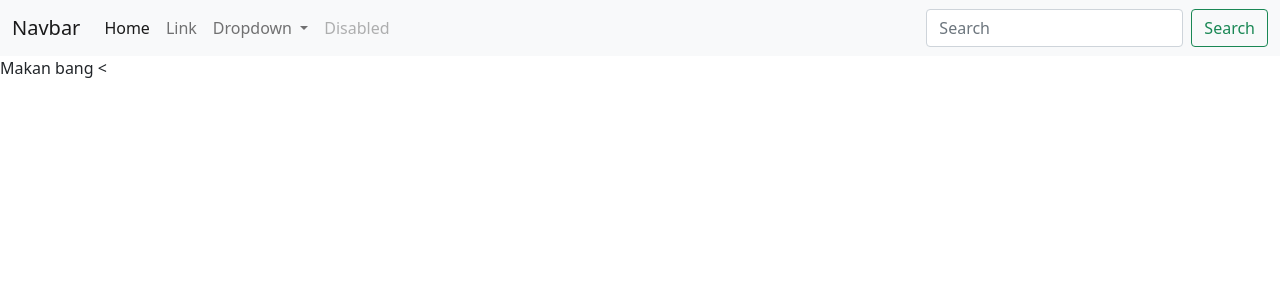
Repository: humanrizki/app-perpus-laravel-8
Page: http://localhost/home
These files come from the project's save history. The page is drawn as it stood at one moment and after the next save; the edit follows.
The browser window is 1280 px wide. The pictures show the whole page.
Some web libraries are served in a nearby version. The page is served by the project's Laravel application, run on PHP 8.4 with Laravel 8. Other server files are loaded and not shown.

Above is the page before, as saved 2021-11-25 11:31:00.

### routes/web.php
<?php

use App\Http\Controllers\CollectionController;
use Illuminate\Support\Facades\Route;

/*
|--------------------------------------------------------------------------
| Web Routes
|--------------------------------------------------------------------------
|
| Here is where you can register web routes for your application. These
| routes are loaded by the RouteServiceProvider within a group which
| contains the "web" middleware group. Now create something great!
|
*/

Route::get('/', function () {
    return view('welcome');
});

Auth::routes();

Route::get('/home', [App\Http\Controllers\HomeController::class, 'index'])->name('home');
Route::get('/collections',[CollectionController::class,'index'])->name('collections');
Route::get('/collections/{collection:slug}',[CollectionController::class,'show']);

### app/Http/Controllers/HomeController.php
<?php

namespace App\Http\Controllers;

use Illuminate\Http\Request;

class HomeController extends Controller
{
    /**
     * Create a new controller instance.
     *
     * @return void
     */
    public function __construct()
    {
        $this->middleware('guest');
    }

    /**
     * Show the application dashboard.
     *
     * @return \Illuminate\Contracts\Support\Renderable
     */
    public function index()
    {
        return view('HomeTemplate',[
            'title'=>'home page'
        ]);
    }
}

### resources/views/homeTemplate.blade.php
@extends('layouts.capp')
@section('content')
    Makan bang
@endsection

### resources/views/layouts/capp.blade.php
<!doctype html>
<html lang="en">
  <head>
    <meta charset="utf-8" />
    <link rel="apple-touch-icon" sizes="76x76" href="../assets/img/apple-icon.png">
    <link rel="icon" type="image/png" href="../assets/img/favicon.png">
    <meta http-equiv="X-UA-Compatible" content="IE=edge,chrome=1" />
    <title>{{ $title }}</title>
    <meta content='width=device-width, initial-scale=1.0, maximum-scale=1.0, user-scalable=0, shrink-to-fit=no' name='viewport' />

    <!--     Fonts and icons     -->
    <link href="https://fonts.googleapis.com/css?family=Montserrat:400,700,200" rel="stylesheet" />
    <link href="https://use.fontawesome.com/releases/v5.0.6/css/all.css" rel="stylesheet">

    <link href="https://cdn.jsdelivr.net/npm/bootstrap@5.0.2/dist/css/bootstrap.min.css" rel="stylesheet" integrity="sha384-EVSTQN3/azprG1Anm3QDgpJLIm9Nao0Yz1ztcQTwFspd3yD65VohhpuuCOmLASjC" crossorigin="anonymous">
  </head>
  <body>
    @include('partials.header')
    @yield('content')

    <!--   Core JS Files   -->
    <<script src="https://cdn.jsdelivr.net/npm/bootstrap@5.0.2/dist/js/bootstrap.bundle.min.js" integrity="sha384-MrcW6ZMFYlzcLA8Nl+NtUVF0sA7MsXsP1UyJoMp4YLEuNSfAP+JcXn/tWtIaxVXM" crossorigin="anonymous"></script>
  </body>
</html>

### resources/views/partials/header.blade.php
{{-- <nav class="navbar navbar-expand-lg" style="background-color: rgb(24, 185, 185)">
    <div class="container">
        <a class="navbar-brand" href="#">Navbar</a>
        <button class="navbar-toggler" type="button" data-toggle="collapse" data-target="#navbarNav" aria-controls="navbarNav" aria-expanded="false" aria-label="Toggle navigation">
        <span class="navbar-toggler-icon"><i class="fas fa-align-justify text-white"></i></span>
        </button>
        <div class="collapse navbar-collapse" id="navbarNav">
            <ul class="navbar-nav">
                <li class="nav-item {{ (request()->is('home')) ? 'active' : '';  }}">
                    <a class="nav-link" href="/home">Beranda </a>
                </li>
                <li class="nav-item {{ (request()->is('collections*')) ? 'active' : '';  }}">
                    <a class="nav-link " href="/collections">Daftar Koleksi</a>
                </li>
                <li class="nav-item {{ (request()->is('lists')) ? 'active' : '';  }}">
                    <a class="nav-link " href="/lists">Daftar Buku</a>
                </li>
                <li class="nav-item {{ (request()->is('buckets')) ? 'active' : '';  }}">
                    <a class="nav-link " href="/buckets">Keranjang peminjaman</a>
                </li>
                <li class="nav-item">
                    <button class="btn btn-success">Login</button>
                </li>
                </ul>
        </div>
    </div>
</nav> --}}
<nav class="navbar navbar-expand-lg navbar-light bg-light">
    <div class="container-fluid">
      <a class="navbar-brand" href="#">Navbar</a>
      <button class="navbar-toggler" type="button" data-bs-toggle="collapse" data-bs-target="#navbarSupportedContent" aria-controls="navbarSupportedContent" aria-expanded="false" aria-label="Toggle navigation">
        <span class="navbar-toggler-icon"></span>
      </button>
      <div class="collapse navbar-collapse" id="navbarSupportedContent">
        <ul class="navbar-nav me-auto mb-2 mb-lg-0">
          <li class="nav-item">
            <a class="nav-link active" aria-current="page" href="#">Home</a>
          </li>
          <li class="nav-item">
            <a class="nav-link" href="#">Link</a>
          </li>
          <li class="nav-item dropdown">
            <a class="nav-link dropdown-toggle" href="#" id="navbarDropdown" role="button" data-bs-toggle="dropdown" aria-expanded="false">
              Dropdown
            </a>
            <ul class="dropdown-menu" aria-labelledby="navbarDropdown">
              <li><a class="dropdown-item" href="#">Action</a></li>
              <li><a class="dropdown-item" href="#">Another action</a></li>
              <li><hr class="dropdown-divider"></li>
              <li><a class="dropdown-item" href="#">Something else here</a></li>
            </ul>
          </li>
          <li class="nav-item">
            <a class="nav-link disabled" href="#" tabindex="-1" aria-disabled="true">Disabled</a>
          </li>
        </ul>
        <form class="d-flex">
          <input class="form-control me-2" type="search" placeholder="Search" aria-label="Search">
          <button class="btn btn-outline-success" type="submit">Search</button>
        </form>
      </div>
    </div>
  </nav>

Loaded but not shown: app/Providers/AppServiceProvider.php (common file); app/Http/Controllers/Auth/ConfirmPasswordController.php (common file); app/Http/Controllers/Controller.php (common file)

After the next save:
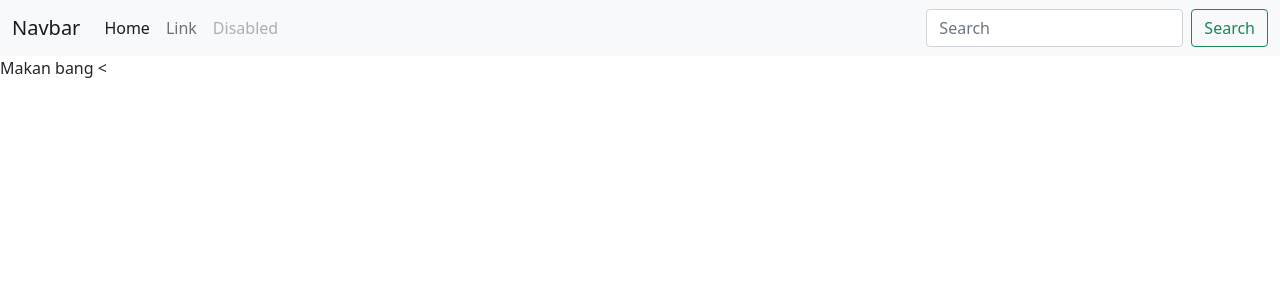
Saved 79 s later.
--- a/resources/views/partials/header.blade.php
+++ b/resources/views/partials/header.blade.php
@@ -39,17 +39,6 @@
           <li class="nav-item">
             <a class="nav-link" href="#">Link</a>
           </li>
-          <li class="nav-item dropdown">
-            <a class="nav-link dropdown-toggle" href="#" id="navbarDropdown" role="button" data-bs-toggle="dropdown" aria-expanded="false">
-              Dropdown
-            </a>
-            <ul class="dropdown-menu" aria-labelledby="navbarDropdown">
-              <li><a class="dropdown-item" href="#">Action</a></li>
-              <li><a class="dropdown-item" href="#">Another action</a></li>
-              <li><hr class="dropdown-divider"></li>
-              <li><a class="dropdown-item" href="#">Something else here</a></li>
-            </ul>
-          </li>
           <li class="nav-item">
             <a class="nav-link disabled" href="#" tabindex="-1" aria-disabled="true">Disabled</a>
           </li>
